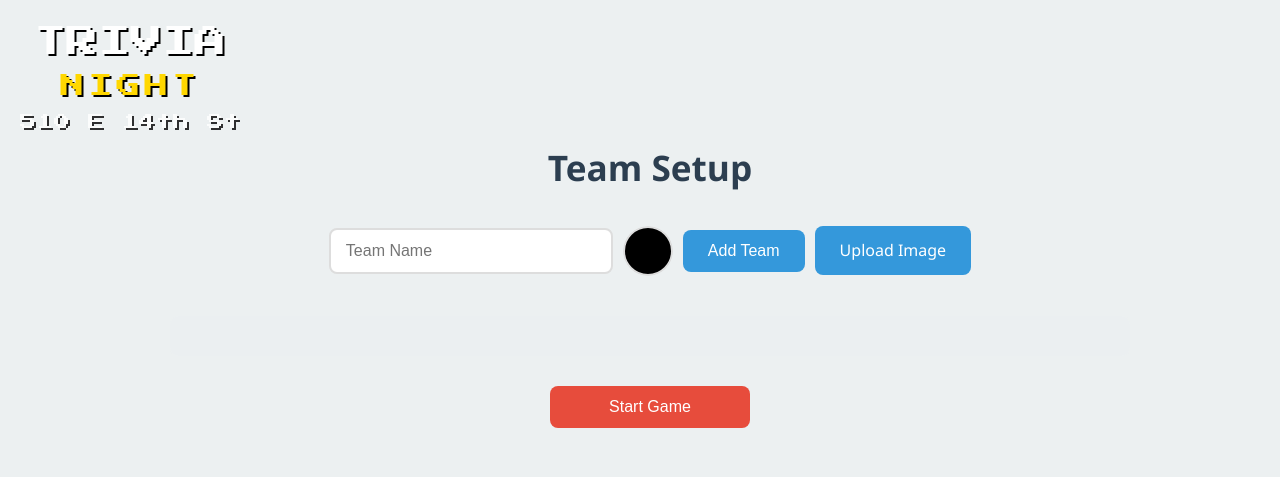
Repository: oscarfco/oscarfco.github.io
Page: projects/trivia_night/index.html
The author's editor kept a copy of each file at every save. The page is drawn from the files as they stood at one save, then again after the next save.
The browser window is 1280 px wide. The pictures show the whole page.

Above is the page before, as saved 2025-01-26 01:27:42.

After the next save:
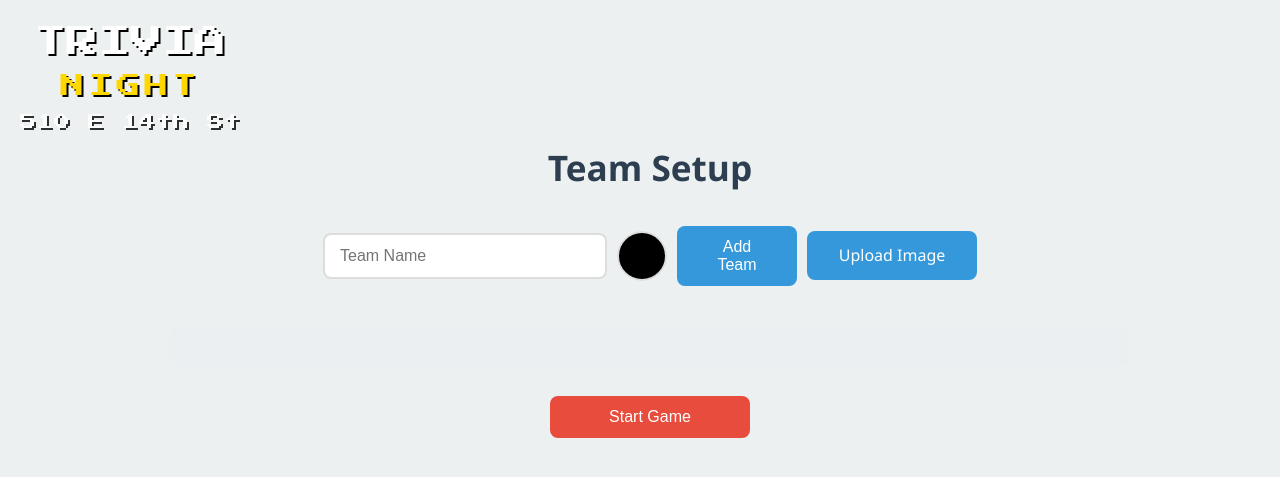
Saved 14 s later.
--- a/projects/trivia_night/index.html
+++ b/projects/trivia_night/index.html
@@ -175,6 +175,7 @@
             display: none;
         }
 
+        button[onclick="addTeam()"],
         .image-upload-label {
             background-color: var(--secondary-color);
             color: white;
@@ -184,12 +185,12 @@
             font-size: 16px;
             font-weight: 500;
             transition: all 0.3s ease;
-        }
-
-        .image-upload-label:hover {
-            background-color: #2980b9;
-            transform: translateY(-2px);
-            box-shadow: 0 4px 8px rgba(0,0,0,0.1);
+            width: 120px;
+            text-align: center;
+        }
+
+        #teamImageInput {
+            display: none;
         }
 
         .upload-success {

After the save that followed:
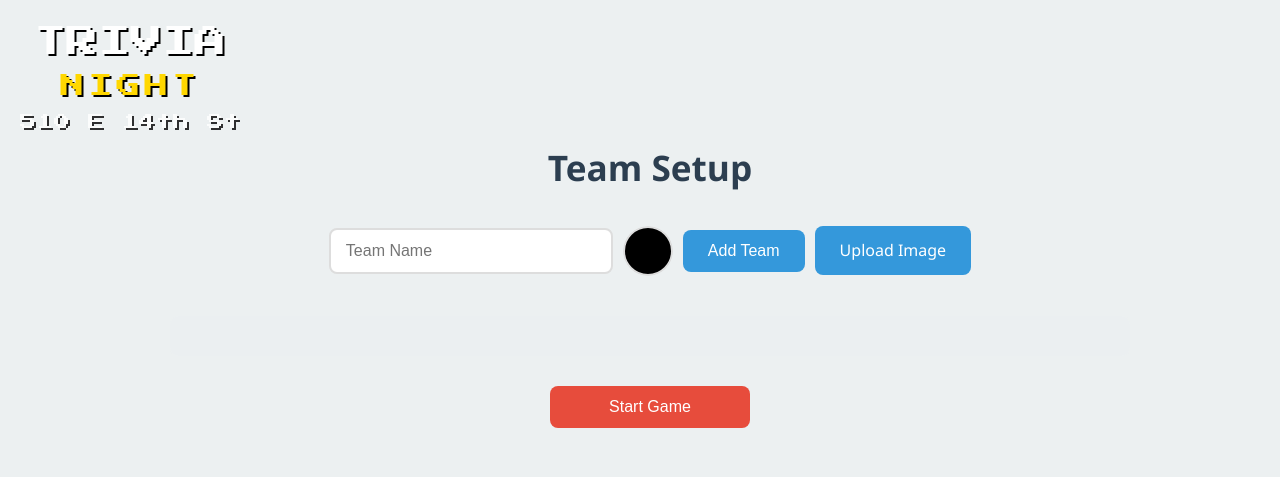
Saved 8 s later.
--- a/projects/trivia_night/index.html
+++ b/projects/trivia_night/index.html
@@ -175,7 +175,6 @@
             display: none;
         }
 
-        button[onclick="addTeam()"],
         .image-upload-label {
             background-color: var(--secondary-color);
             color: white;
@@ -185,12 +184,12 @@
             font-size: 16px;
             font-weight: 500;
             transition: all 0.3s ease;
-            width: 120px;
-            text-align: center;
-        }
-
-        #teamImageInput {
-            display: none;
+        }
+
+        .image-upload-label:hover {
+            background-color: #2980b9;
+            transform: translateY(-2px);
+            box-shadow: 0 4px 8px rgba(0,0,0,0.1);
         }
 
         .upload-success {
